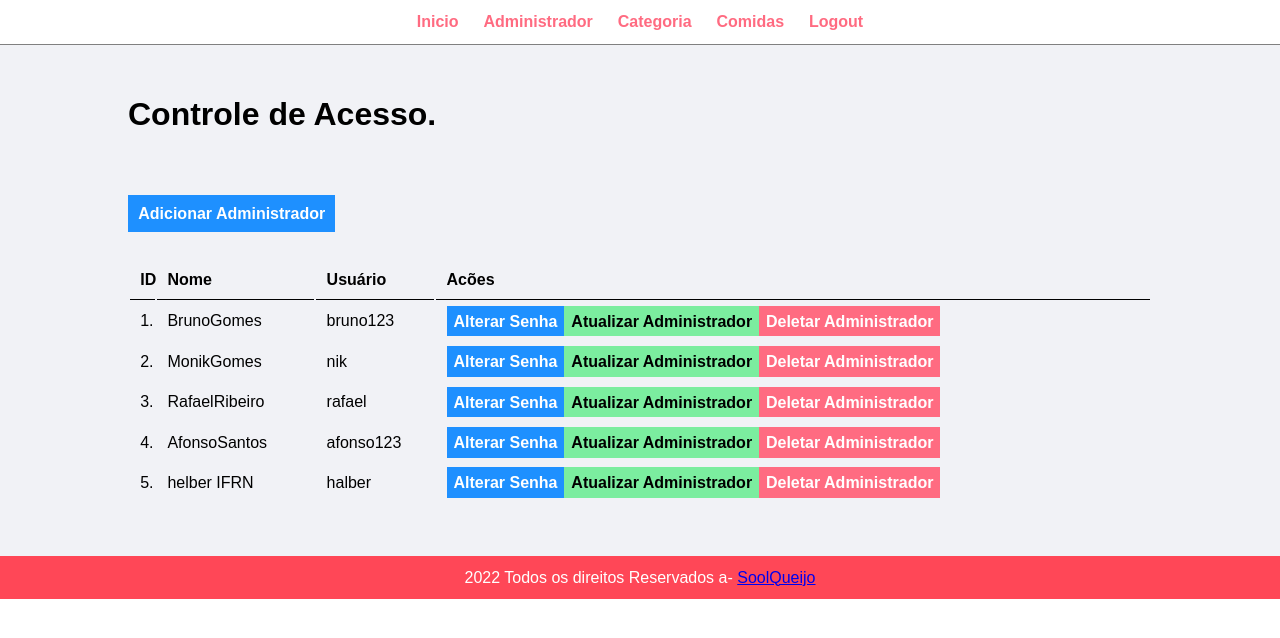
Repository: Rafa070/SoolQueijo
Page: http://localhost/food-order/admin/manage-admin.php
The author's editor kept a copy of each file at every save. The page is drawn from the files as they stood at one save, then again after the next save.
The browser window is 1280 px wide. The pictures show the whole page.
The page is run by PHP 8.4 with error messages shown; the project is at /var/www/html/. The session is filled in as if someone had signed in: {"login": "bruno123", "username": "bruno123"}. The database holds what the project's SQL file puts in it.

Above is the page before, as saved 2022-03-20 16:59:17.

After the next save:
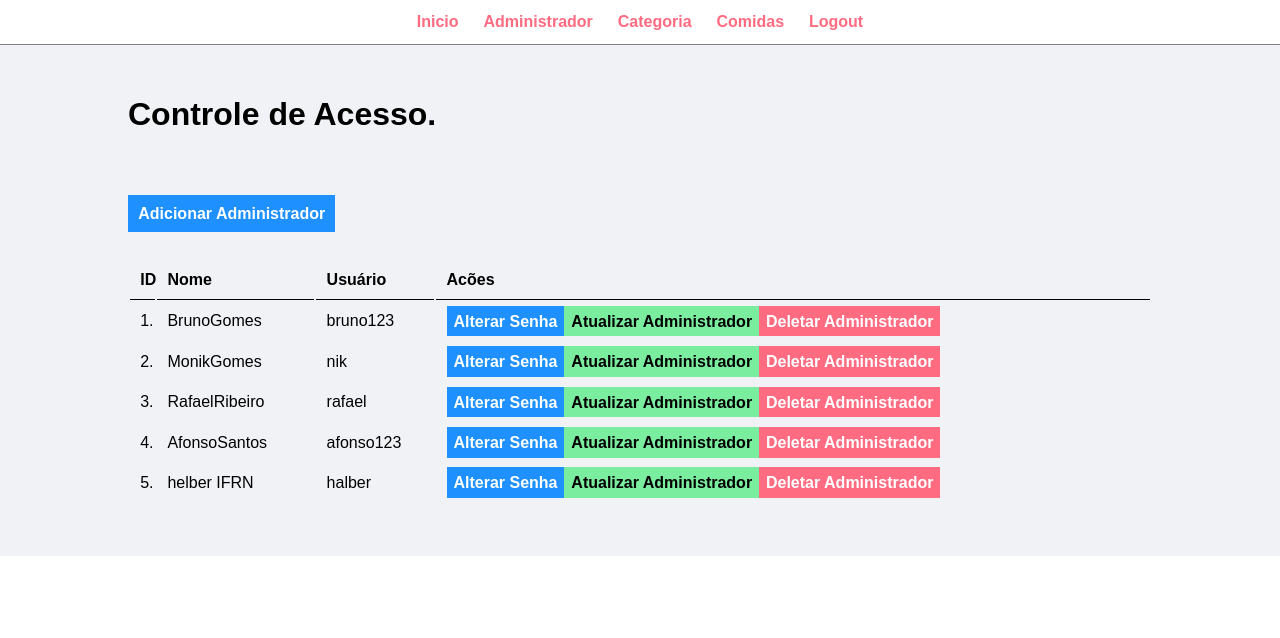
Saved 17 s later.
--- a/admin/manage-admin.php
+++ b/admin/manage-admin.php
@@ -76,5 +76,3 @@ if($res==TRUE) {
 ?>
         </table>
     </div>
-</div><?php include('partials/footer.php');
-?>
